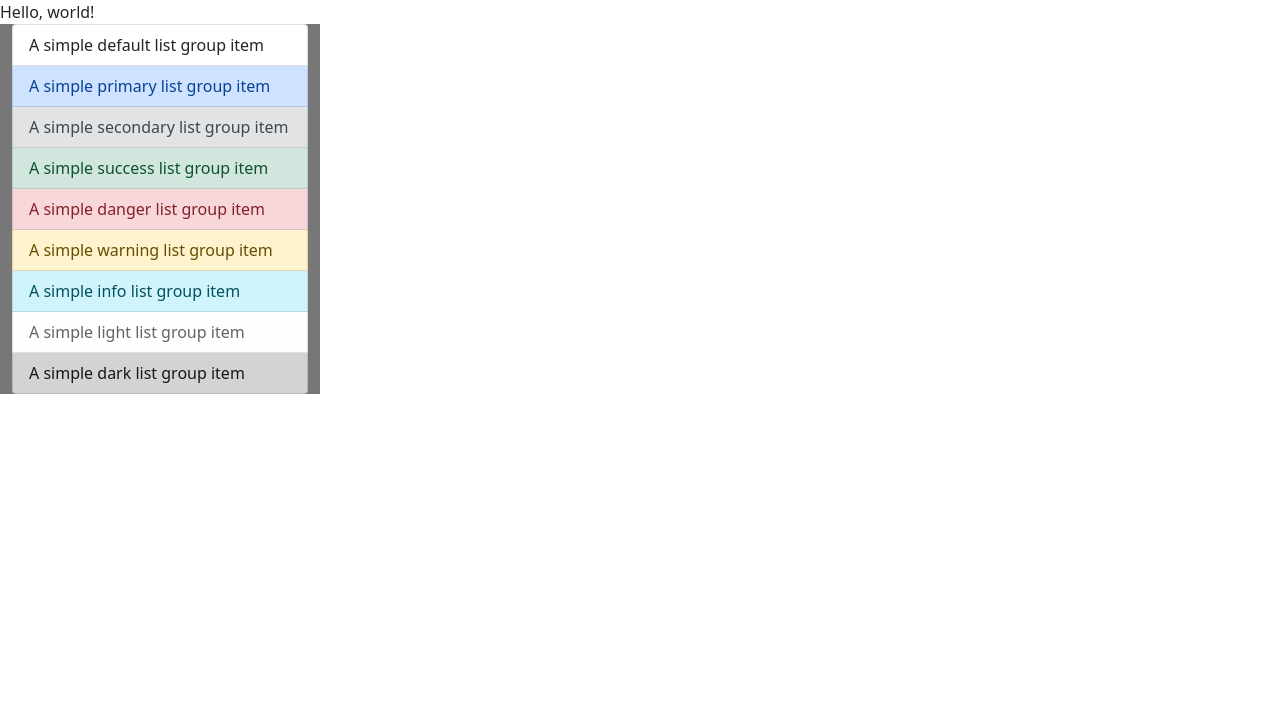
Repository: Dayvid0/BOOTSTRAP-TUTORIALS
Page: BOOTSTRAP-GRID-LAYOUTS/ibmexample.html
An editor plug-in stored every save of this project. The page is shown before and after the next save, followed by the edit.
The browser window is 1280 px wide. The pictures show the whole page.

Above is the page before, as saved 2025-01-24 16:44:43.

After the next save:
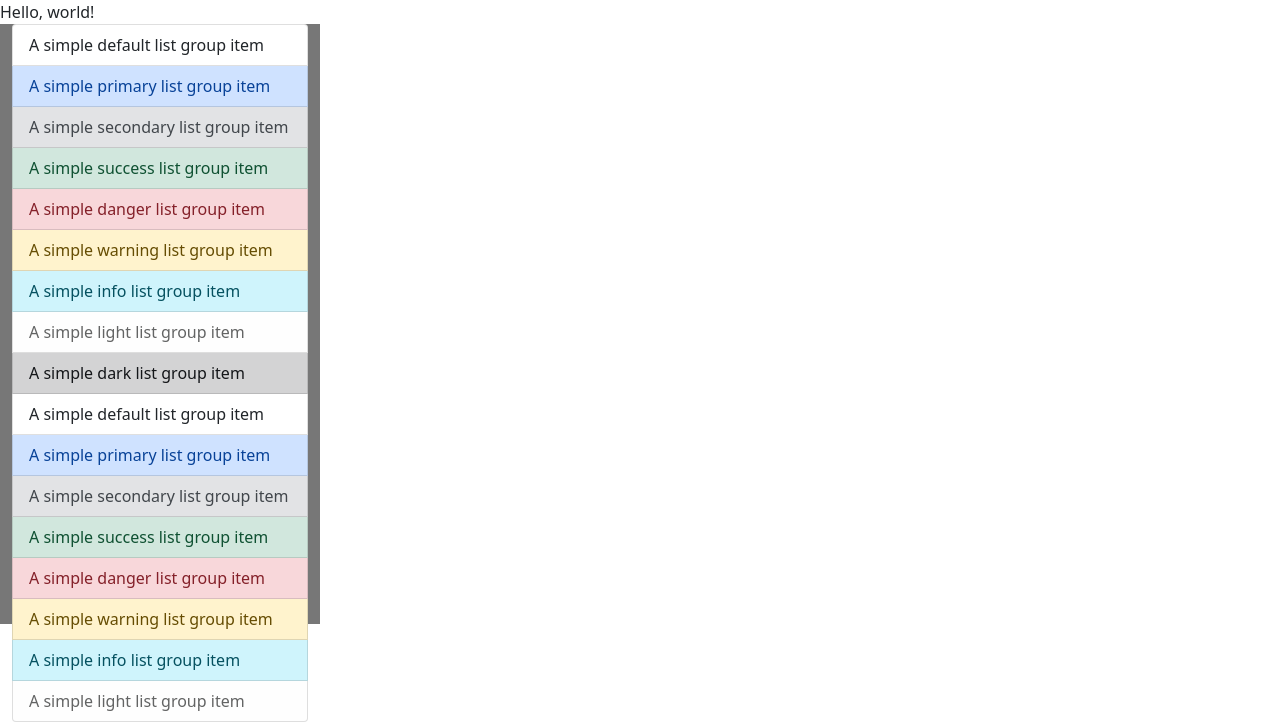
Saved 25 s later.
--- a/BOOTSTRAP-GRID-LAYOUTS/ibmexample.html
+++ b/BOOTSTRAP-GRID-LAYOUTS/ibmexample.html
@@ -23,6 +23,14 @@
             <li class="list-group-item list-group-item-info">A simple info list group item</li>
             <li class="list-group-item list-group-item-light">A simple light list group item</li>
             <li class="list-group-item list-group-item-dark">A simple dark list group item</li>
+            <li class="list-group-item">A simple default list group item</li>
+            <li class="list-group-item list-group-item-primary">A simple primary list group item</li>
+            <li class="list-group-item list-group-item-secondary">A simple secondary list group item</li>
+            <li class="list-group-item list-group-item-success">A simple success list group item</li>
+            <li class="list-group-item list-group-item-danger">A simple danger list group item</li>
+            <li class="list-group-item list-group-item-warning">A simple warning list group item</li>
+            <li class="list-group-item list-group-item-info">A simple info list group item</li>
+            <li class="list-group-item list-group-item-light">A simple light list group item</li>
           </ul>
         </div><!-- ./col-3-->
         <div class="col-9">
